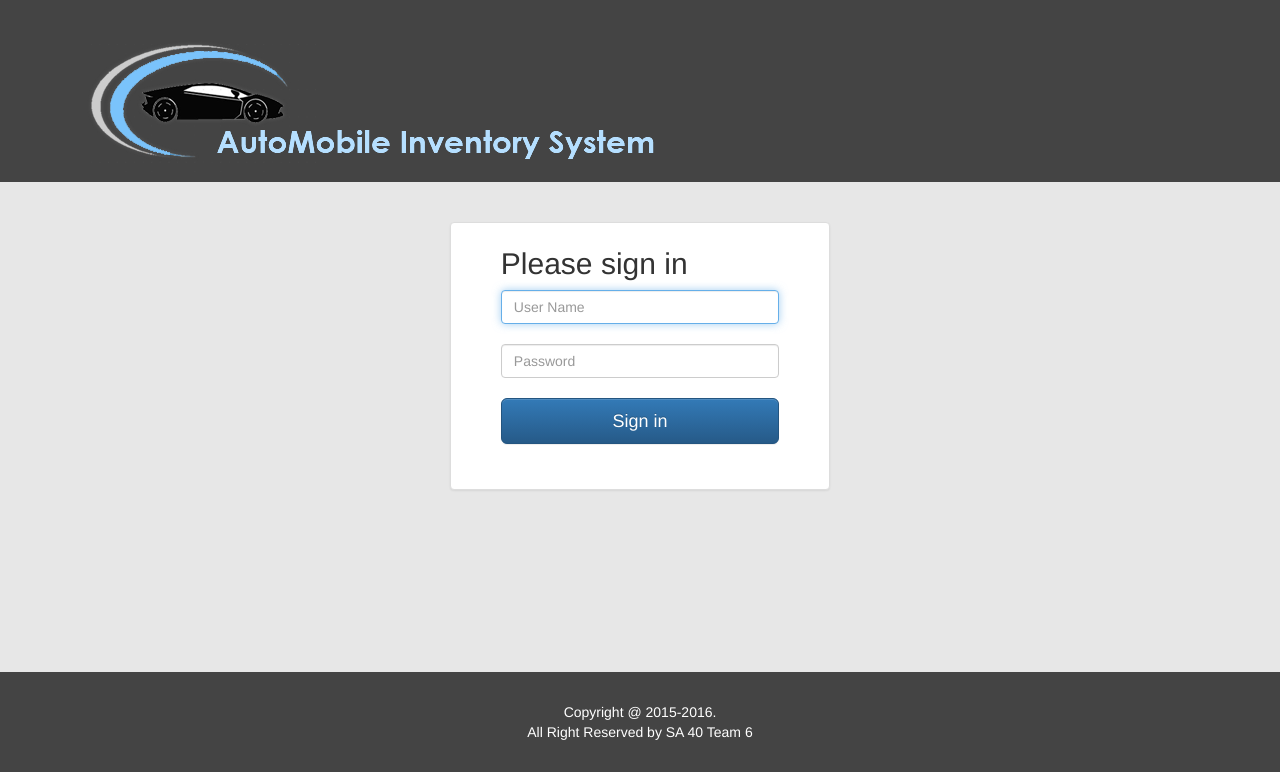
Repository: JiorMajor/InventorySystemWorkspace
Page: http://localhost/InventoryWebSA40Team6/ShowLogin
The author's editor kept a copy of each file at every save. The page is drawn from the files as they stood at one save, then again after the next save.
The browser window is 1280 px wide. The pictures show the whole page.
The page is served by Tomcat 9. Other server files are loaded and not shown.

Above is the page before, as saved 2015-06-12 17:49:50.

### InventoryWebSA40Team6/WebContent/WEB-INF/decorators.xml
<?xml version="1.0" encoding="UTF-8"?>
<decorators defaultdir="/decorators">
    <decorator name="basic-theme" page="master-theme.jsp">
        <pattern>/pages/*</pattern>
    </decorator>
</decorators>

### InventoryWebSA40Team6/WebContent/index.jsp
<?xml version="1.0" encoding="UTF-8" ?>
<%@ taglib uri="http://www.opensymphony.com/sitemesh/decorator"
	prefix="decorator"%>
<%@ taglib prefix="c" uri="http://java.sun.com/jsp/jstl/core"%>
<html xmlns="http://www.w3.org/1999/xhtml">
<head>

<meta charset="utf-8">
<meta http-equiv="X-UA-Compatible" content="IE=edge">
<meta name="viewport" content="width=device-width, initial-scale=1">
<title>SitemeshDemo</title>
<!-- Bootstrap -->
<link href="bootstrap/css/bootstrap.min.css" type="text/css" rel="stylesheet" />
<link href="bootstrap/css/bootstrap-theme.min.css" type="text/css" rel="stylesheet" />
<link href="bootstrap/css/style.css" type="text/css" rel="stylesheet" />
<script type="text/javascript" src="bootstrap/js/jquery-1.11.3.min.js"></script>
<script type="text/javascript" src="bootstrap/js/bootstrap.min.js"></script>
<script type="text/javascript" src="bootstrap/js/modal.js"></script>
</head>
<body>
	<div class="header">
		<div class="container">
			<div class="row ">
				<div class="col-lg-12">
					<a href="#"><img src='images/3.png'></a>
				</div>
			</div>
		</div>
	</div><!-- End header -->

	<div class="container" style="height:490px">
	<div class="row">
	<div class="col-md-12 col-sm-12 col-xs-12" >
	<br><br>
	</div>
	</div>
	  <div class="row">
	  <div class="container">
	  <div class="col-md-4 col-sm-4 col-xs-4"></div>
	  <div class="col-md-4 col-sm-4 col-xs-4 thumbnail">
	  <div class="col-md-1"></div>
	  <div class="col-md-10">
      <form class="form-signin" action="/InventoryWebSA40Team6/ValidateLogin" method=post>
        <h2 class="form-signin-heading">Please sign in</h2>
		<c:if test="${flag==\"false\"}">
			<h3 style="color:red">Login unsuccessful!</h3>
		</c:if>
        <label for="inputEmail" class="sr-only">Email address</label>
        <input type="text" id="inputEmail" class="form-control" placeholder="User Name" name="name" required autofocus>
        <br>
        <label for="inputPassword" class="sr-only">Password</label>
        <input type="password" id="inputPassword" class="form-control" placeholder="Password" name="password" required>
        <br>
        <button class="btn btn-lg btn-primary btn-block" type="submit">Sign in</button>
        <br><br>
      </form>
      </div>
      <div class="col-md-1"></div>

      <div class="col-md-4"></div>
      </div>
      </div>
      </div>
    </div> <!-- /container -->

		<div class="footer">
	<div class="container">
			<div class="row">
				<div class="col-lg-12">
					<center><p>Copyright @ 2015-2016.<br>All Right Reserved by SA 40 Team 6</p></center>
				</div>
			</div>
		</div>

	</div>
</body>
</html>

### InventoryWebSA40Team6/src/controller/ShowLogin.java
package controller;

import java.io.IOException;

import javax.servlet.RequestDispatcher;
import javax.servlet.ServletException;
import javax.servlet.annotation.WebServlet;
import javax.servlet.http.HttpServlet;
import javax.servlet.http.HttpServletRequest;
import javax.servlet.http.HttpServletResponse;

/**
 * Servlet implementation class ShowLogin
 */
@WebServlet("/ShowLogin")
public class ShowLogin extends HttpServlet {
	private static final long serialVersionUID = 1L;

    /**
     * @see HttpServlet#HttpServlet()
     */
    public ShowLogin() {
        super();
        // TODO Auto-generated constructor stub
    }

	/**
	 * @see HttpServlet#doGet(HttpServletRequest request, HttpServletResponse response)
	 */
	protected void doGet(HttpServletRequest request, HttpServletResponse response) throws ServletException, IOException {
		// TODO Auto-generated method stub
		RequestDispatcher rd = request.getRequestDispatcher("/index.jsp");
		rd.forward(request, response);
	}

	/**
	 * @see HttpServlet#doPost(HttpServletRequest request, HttpServletResponse response)
	 */
	protected void doPost(HttpServletRequest request, HttpServletResponse response) throws ServletException, IOException {
		// TODO Auto-generated method stub
	}

}

### InventoryWebSA40Team6/WebContent/bootstrap/css/style.css
@CHARSET "UTF-8";
*{
	margin:0 auto;
	padding:0 auto;
}
body{
	background:#e7e7e7;
}

.header{
	padding:30px 0 ;
	border:1px solid #ccc;
    padding: 10px 0;
    width: 100%;
    background:#444;
    border:0;
    margin:0;

}
.header img{border:0;}
.menu{
	background: #ccc;
	box-shadow:2px -1px 13px #333;

}
.footer{
	background:#444;
	padding:30px 0;
	width:100%;
	height:100px;
}
p{
	color:#fff;
}
img{
	border:1px solid #ccc;
}
.main{
	padding-top:30px;
	padding-bottom:30px;
}
.main p{
	color:#333;
}
.navbar-default{
	color:none;
	border:none;
	box-shadow:none;
}
.navbar{margin-bottom:0;}
.navbar-header{
	background:none;
	color:#fff;
}
a.navbar-brand{
	color:none;
	padding-left:0;
	padding-right: 70px;
}
.navbar-default{
	background:none;
	padding:0;
}
.navbar-default .navbar-brand{color:#444;}

h1{padding-bottom:30px;}*/

select{
	width:100%;
	padding-top:10px;
	padding-bottom:4px;

}
/*
table{
	width:100%;

}

table tr td{
	border:1px solid #ccc;
	padding:5px;
	text-algin:center;

}
table form input{
	width:50%;
}
table tr td input{
	margin:5px;

}

table tr.title{
	font-weight: bold;
	font-size:16px;

}*/

.button{
	margin-top:20px;
	float:right;
}
hr{border-color:rgb(204,204,204);}

.imp{
	color:red;
	font-weight: bold;
	font-size:16px;
}
h4.success{
	color:green;
	background:#f0f0f0;
	border:1px solid #ccc;
	padding:10px;
	margin:0 0 35px;
}

.navbar-default .navbar-nav > li > a{
	color: #333;
    font-size: 15px;

}

.navbar-default .navbar-nav > li > a:focus, .navbar-default .navbar-nav > li > a:hover{
	background: rgb(231,231,231);
}
.dropdown-menu{
	padding-top:0;

}
.dropdown-menu .divider{
	margin:0 0;
	border-bottom: 1px dashed;
	background-color: #ccc;
    height: 0;
}
.dropdown-menu > li > a{
	padding-top:10px;
	padding-bottom:10px;
	color:#ccc;
}
.dropdown-menu{
	background-color: #595959;
	opacity:0.4%;
}
.alert-danger{
	float:left;
	margin-bottom:20px;
	width:100%;
}

.cus{
	margin:20px 0;
}
.navbar-nav .open .dropdown-menu{
	background-color: #ccc;
}
#bs-example-navbar-collapse-1 > ul> li>ul .navbar-nav .open .dropdown-menu {
	background: #ccc;
}

#bs-example-navbar-collapse-1 > ul > li > ul.dropdown-menu{
	background-color:#595959;
	opacity:0.4%;
}
#bs-example-navbar-collapse-1 > ul > li > ul > li> a{
	color:#ccc;
}
#bs-example-navbar-collapse-1 > ul > li > ul > li> a:hover{
	background: rgb(231,231,231);
	color:#333;
}

### InventoryWebSA40Team6/WebContent/bootstrap/js/modal.js
/**
 *
 */
$('#myModal').on('shown.bs.modal', function () {
  $('#myInput').focus()
})

Loaded but not shown: InventoryWebSA40Team6/WebContent/bootstrap/css/bootstrap.min.css (library); InventoryWebSA40Team6/WebContent/bootstrap/css/bootstrap-theme.min.css (library); InventoryWebSA40Team6/WebContent/bootstrap/js/jquery-1.11.3.min.js (library); InventoryWebSA40Team6/WebContent/bootstrap/js/bootstrap.min.js (library)

After the next save:
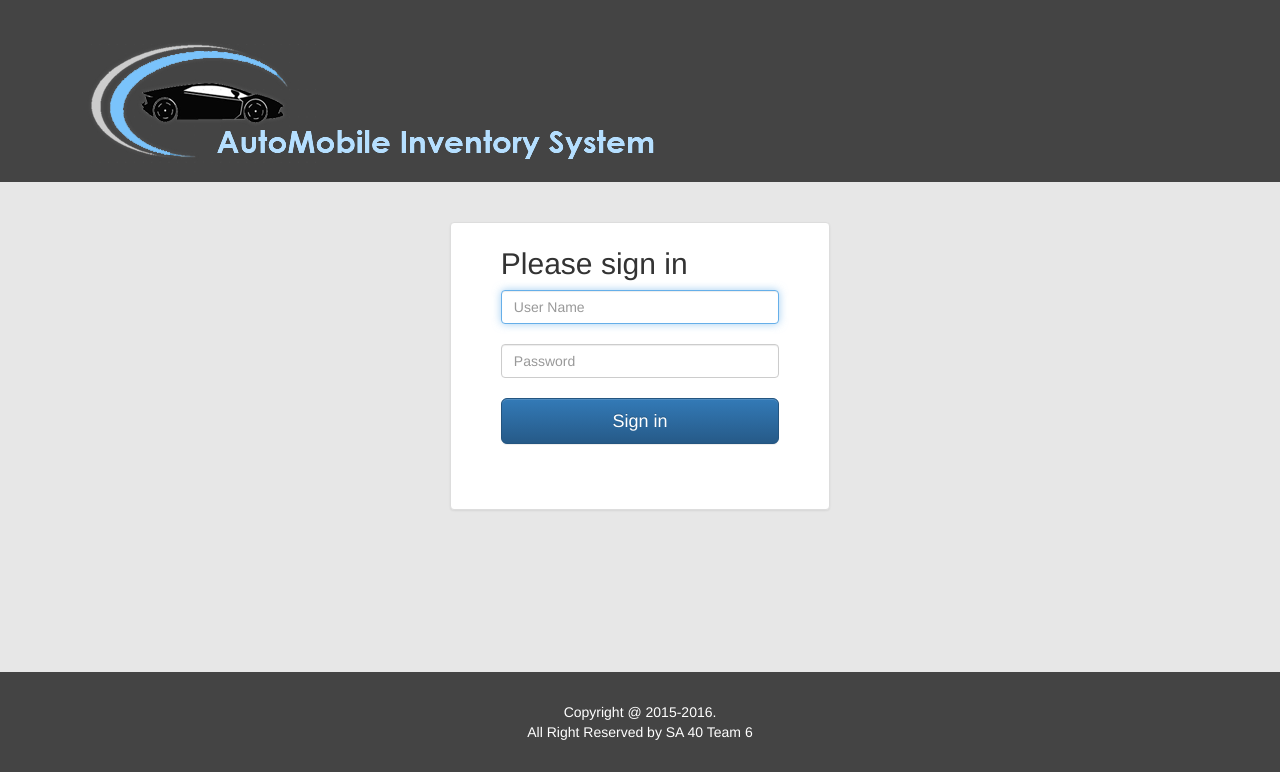
Saved 34 s later.
--- a/InventoryWebSA40Team6/WebContent/index.jsp
+++ b/InventoryWebSA40Team6/WebContent/index.jsp
@@ -52,7 +52,7 @@
         <input type="password" id="inputPassword" class="form-control" placeholder="Password" name="password" required>
         <br>
         <button class="btn btn-lg btn-primary btn-block" type="submit">Sign in</button>
-        <br><br>
+        <br><br><br>
       </form>
       </div>
       <div class="col-md-1"></div>

After the save that followed:
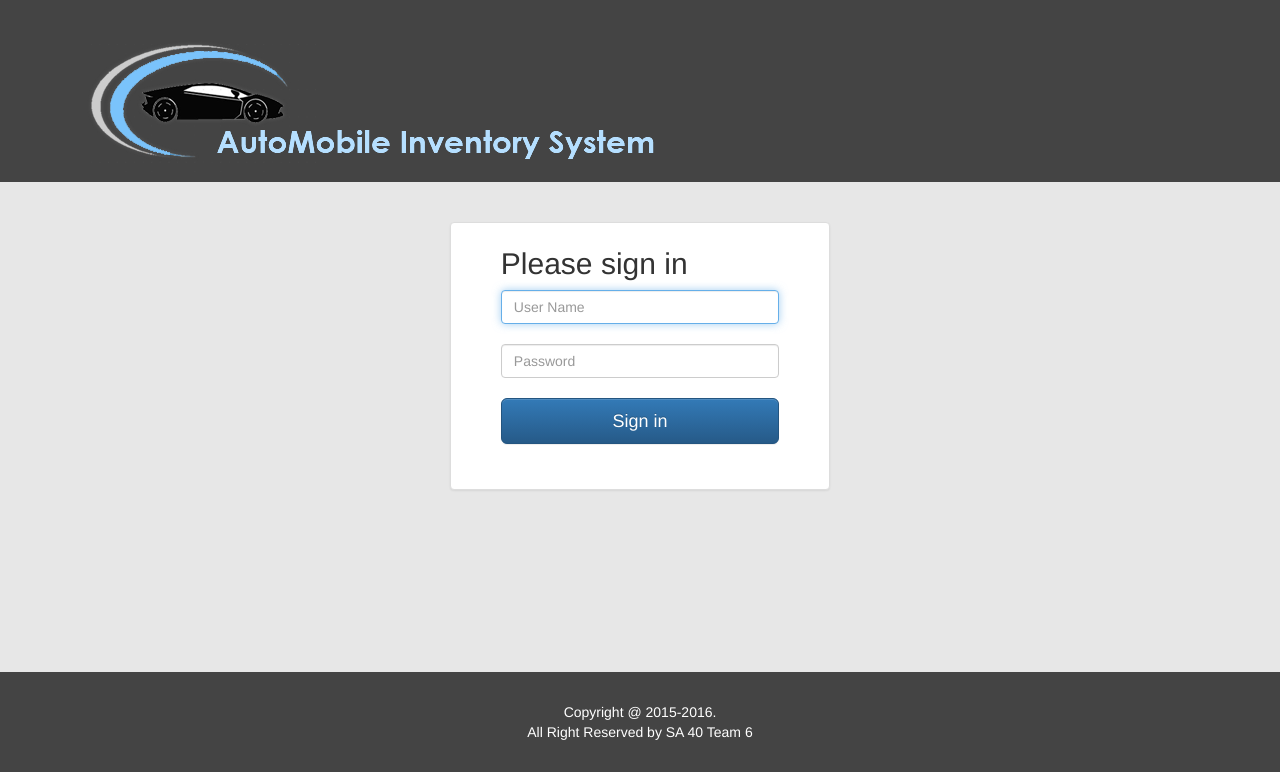
Saved 15 s later.
--- a/InventoryWebSA40Team6/WebContent/index.jsp
+++ b/InventoryWebSA40Team6/WebContent/index.jsp
@@ -52,7 +52,7 @@
         <input type="password" id="inputPassword" class="form-control" placeholder="Password" name="password" required>
         <br>
         <button class="btn btn-lg btn-primary btn-block" type="submit">Sign in</button>
-        <br><br><br>
+        <br><br>
       </form>
       </div>
       <div class="col-md-1"></div>
